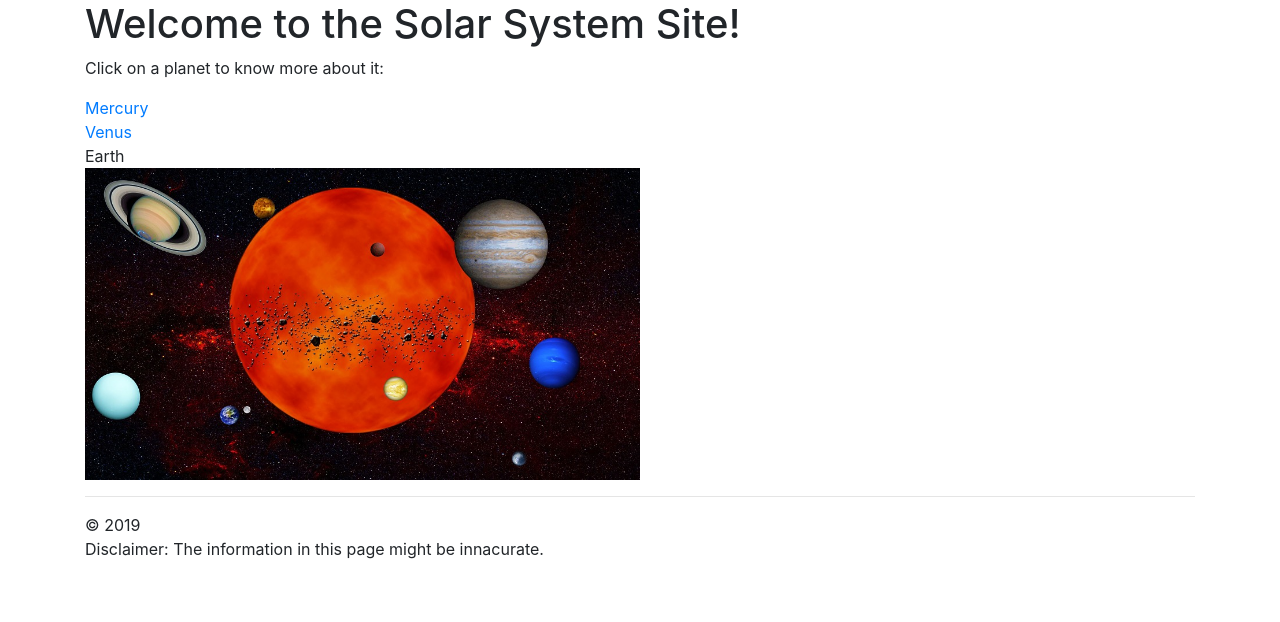
Repository: Voraphi/cst336-solar-systems
Page: http://localhost/
The author's editor kept a record of every edit. The page is drawn from the files as they stood at one moment, then again after the next edit.
The browser window is 1280 px wide. The pictures show the whole page.
The page is served by the project's Node server (solar-systems/app.js).

Above is the page before.

After the next edit:
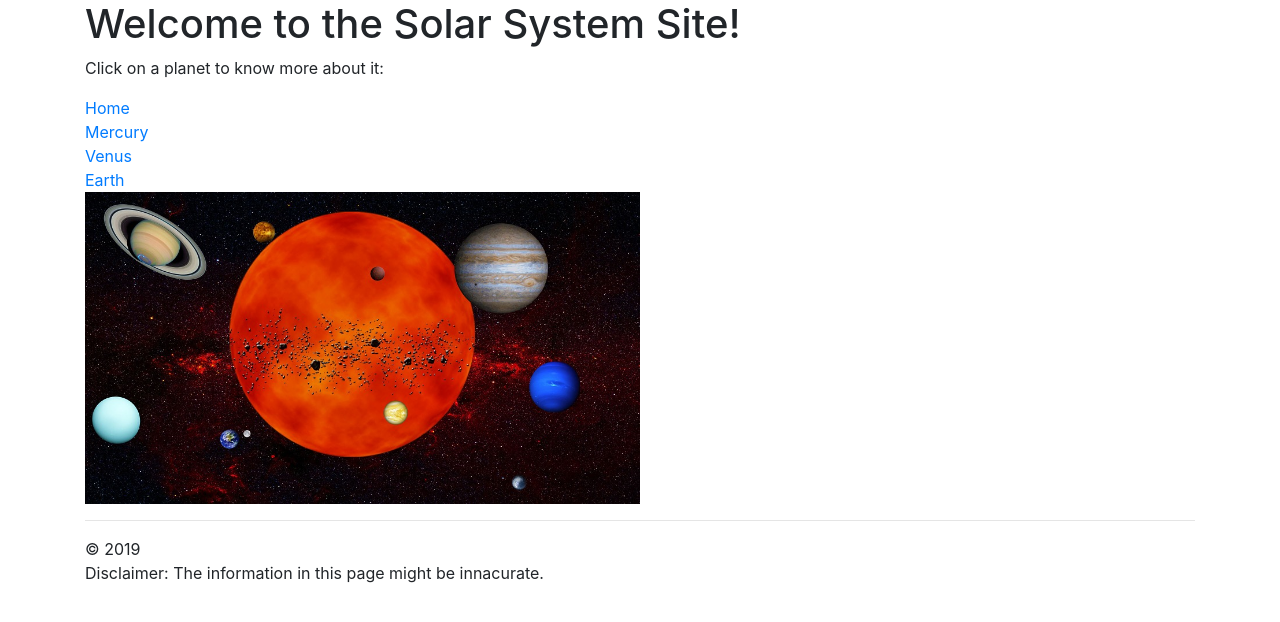
The edit:
--- a/solar-systems/views/index.html
+++ b/solar-systems/views/index.html
@@ -3,9 +3,7 @@
         <h1> Welcome to the Solar System Site! </h1>
         <p>Click on a planet to know more about it:</p>
 
-            <a href="/mercury"> Mercury </a> <br/>
-            <a href="/venus"> Venus </a> <br/>
-            Earth <br/>
+            <%- include('partials/nav.ejs') %>
 
         <img width="50%" src="/img/solar-system.jpg" alt="The Solar System" />
 
